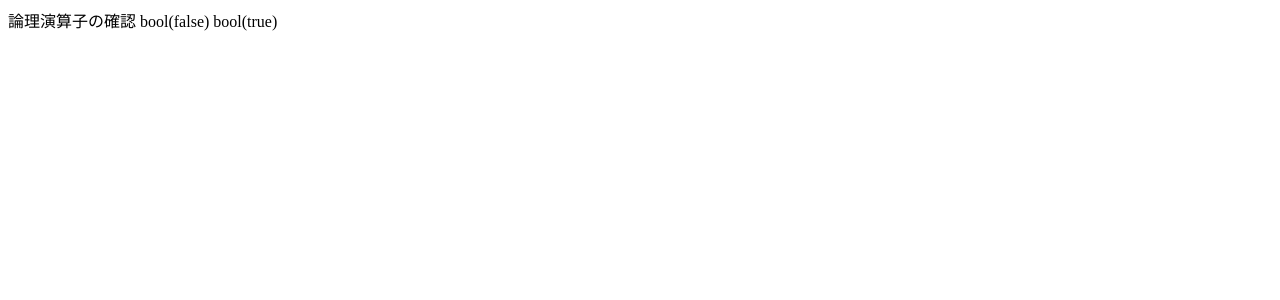
Repository: JFN-N/Practice
Page: http://localhost/logic.php
The author's editor kept a record of every edit. The page is drawn from the files as they stood at one moment, then again after the next edit.
The browser window is 1280 px wide. The pictures show the whole page.
The page is run by PHP 8.4 with error messages shown; the project is at /var/www/html/.

Above is the page before.

After the next edit:
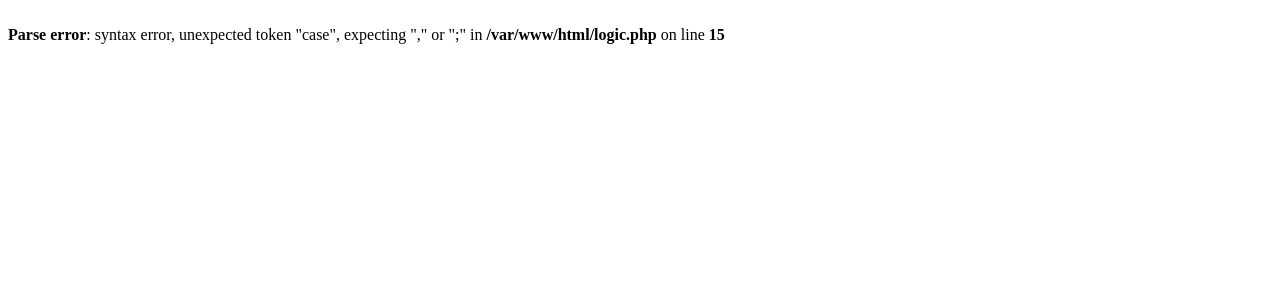
The edit:
--- a/logic.php
+++ b/logic.php
@@ -8,7 +8,9 @@
 $i=30;
 
 switch($i){
-    case 1:
+    case 0:
+    echo "\n"
+
 
     case 2:
 
